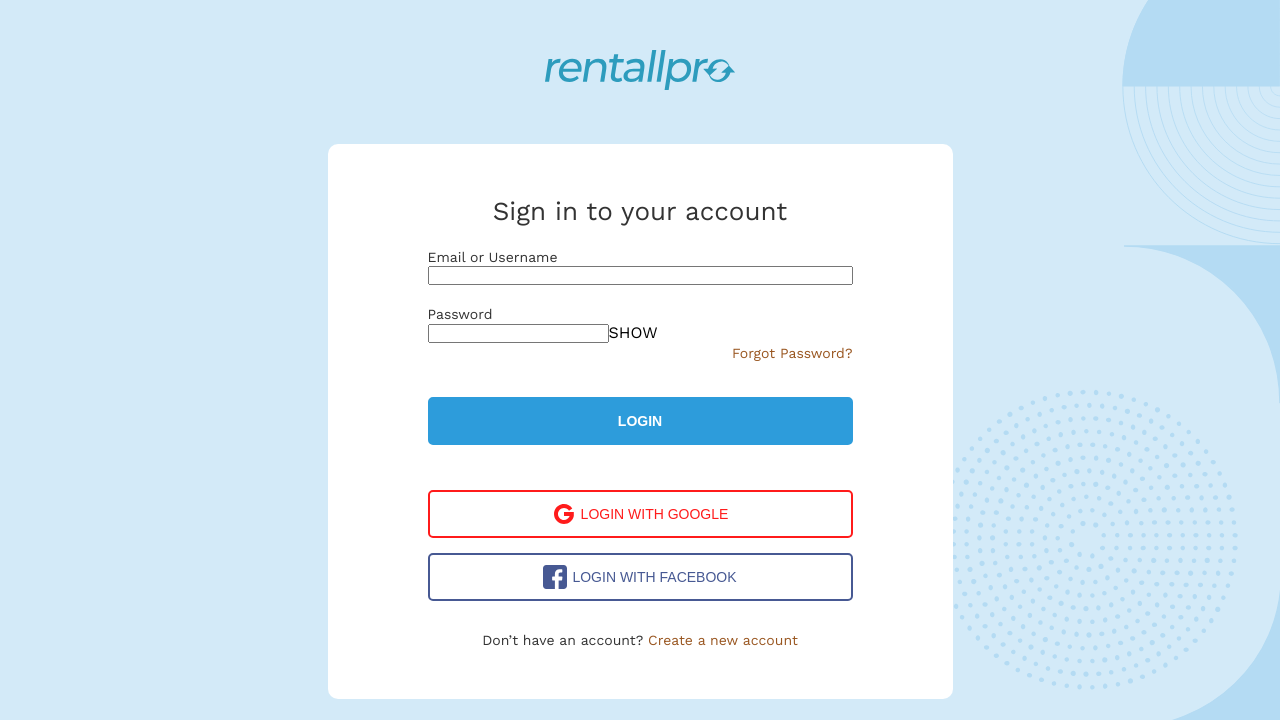
Repository: RentallPro/rentallpro-frontend
Page: /
The author's editor kept a copy of each file at every save. The page is drawn from the files as they stood at one save, then again after the next save.
The browser window is 1280 px wide. The pictures show the whole page.
The project was rebuilt for these pictures with package versions that can differ from the ones it lists, and the page was loaded fresh each time.

Above is the page before, as saved 2020-12-10 00:16:02.

After the next save:
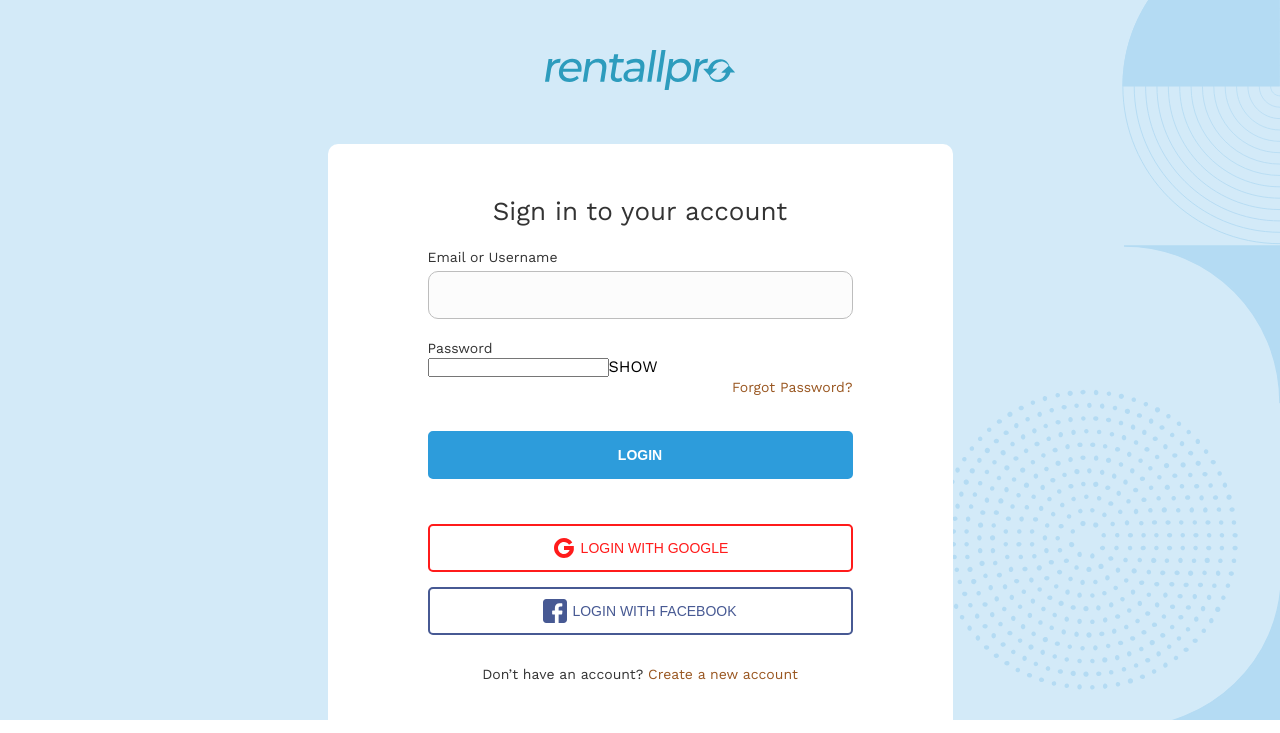
Saved 10 s later.
--- a/src/views/Auth/Home.vue
+++ b/src/views/Auth/Home.vue
@@ -6,7 +6,7 @@
         <h3 class="form-title">Sign in to your account</h3>
         <div class="input">
           <label for="Email">Email or Username</label>
-          <input type="text">
+          <input type="text" class="input-box ">
         </div>
         <div class="input">
           <label for="password">Password</label>
